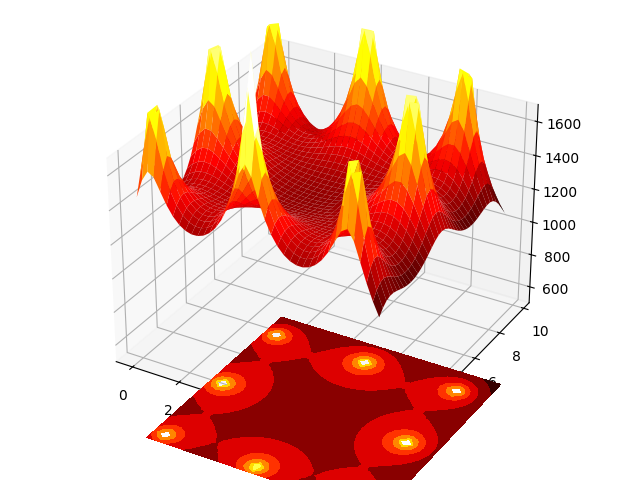
Repository: Jaamunozr/Archivos-python
Script's output: python Archivos Python/Graficas/tierras.py
An editor plug-in stored every save of this project. The script's output is shown before and after the next save, followed by the edit.
Random numbers start from a fixed seed.

Above is the script's output before, as saved 2020-02-19 11:53:27.

### Archivos Python/Graficas/tierras.py
import os
import pylab as pl
import numpy as np
from mpl_toolkits.mplot3d import Axes3D
os.system("clear")

fig = pl.figure()
axx = Axes3D(fig)
raiz=np.sqrt
ln=np.log

X = np.arange(0, 10, 0.25)
Y = np.arange(0, 10, 0.25)
X, Y = np.meshgrid(X, Y)

ax, ay = 0.5, 0.5
bx, by = 4.5, 0.4
cx, cy = 8.5, 0.5
dx, dy = 0.5, 4.5
ex, ey = 8.5, 4.5
fx, fy = 0.5, 8.5
gx, gy = 4.5, 8.5
hx, hy = 8.5, 8.5
l = 2
rho= 100
ik=25

ma=raiz((X-ax)**2+(Y-ay)**2)
mb=raiz((X-bx)**2+(Y-by)**2)
mc=raiz((X-cx)**2+(Y-cy)**2)
md=raiz((X-dx)**2+(Y-dy)**2)
me=raiz((X-ex)**2+(Y-ey)**2)
mf=raiz((X-fx)**2+(Y-fy)**2)
mg=raiz((X-gx)**2+(Y-gy)**2)
mh=raiz((X-hx)**2+(Y-hy)**2)

va=ln((l+raiz(ma**2+l**2))/ma)
vb=ln((l+raiz(mb**2+l**2))/mb)
vc=ln((l+raiz(mc**2+l**2))/mc)
vd=ln((l+raiz(md**2+l**2))/md)
ve=ln((l+raiz(me**2+l**2))/me)
vf=ln((l+raiz(mf**2+l**2))/mf)
vg=ln((l+raiz(mg**2+l**2))/mg)
vh=ln((l+raiz(mh**2+l**2))/mh)

Vt=((rho*ik)/(2*np.pi))*(va+vb+vc+vd+ve+vf+vg+vh)



print(ax)
print(ay)
Z = raiz(abs(X ** 3 + Y ** 3))

axx.plot_surface(X, Y, Vt, rstride=1, cstride=1, cmap=pl.cm.hot)
axx.contourf(X, Y, Vt, zdir='z', offset=-2, cmap=pl.cm.hot)
axx.set_zlim(500, 1700)

pl.show()

After the next save:
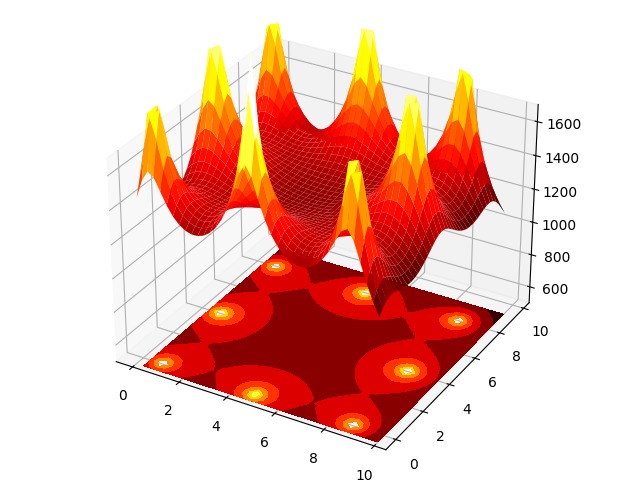
Saved 3 min 40 s later.
--- a/Archivos Python/Graficas/tierras.py
+++ b/Archivos Python/Graficas/tierras.py
@@ -52,7 +52,7 @@ print(ay)
 Z = raiz(abs(X ** 3 + Y ** 3))
 
 axx.plot_surface(X, Y, Vt, rstride=1, cstride=1, cmap=pl.cm.hot)
-axx.contourf(X, Y, Vt, zdir='z', offset=-2, cmap=pl.cm.hot)
+axx.contourf(X, Y, Vt, zdir='z', offset=450, cmap=pl.cm.hot)
 axx.set_zlim(500, 1700)
 
 pl.show()
